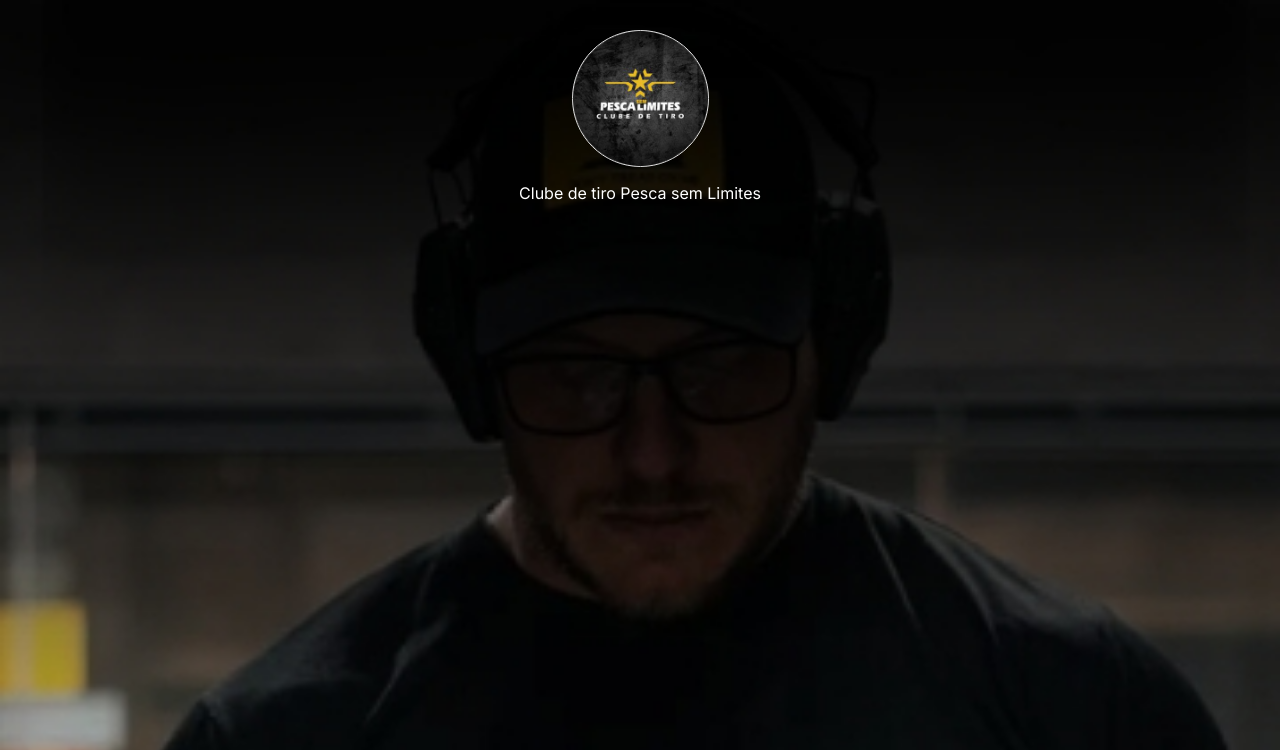
Repository: Fr4nc021/LinkPages-PescasemLimites
Page: index.html
The author's editor kept a copy of each file at every save. The page is drawn from the files as they stood at one save, then again after the next save.
The browser window is 1280 px wide. The pictures show the whole page.

Above is the page before, as saved 2025-02-27 22:02:43.

### index.html
<!DOCTYPE html>
<html lang="pt-br">
<head>
    <link rel="preconnect" href="https://fonts.googleapis.com" />
    <link rel="preconnect" href="https://fonts.gstatic.com" crossorigin
    />
    <link
    href="https://fonts.googleapis.com/css2?family=Inter:ital,opsz,wght@0,14..32,100..900;1,14..32,100..900&display=swap" rel="stylesheet"
    />
    <link rel="stylesheet" href="style.css">
    <meta charset="UTF-8">
    <meta name="viewport" content="width=device-width, initial-scale=1.0">
    <title>LinkPage</title>
</head>
<body>
    <div id="profile">
        <img src="./midia/logo_clube_de_tiro.jpg"
        alt="Logo Pesca sem Limites Clube de tiro">
        <p>Clube de tiro Pesca sem Limites</p>
    </div>

</body>
</html>

### style.css
body * {
    font-family: "Inter", sans-serif;
    color: rgb(255, 255, 255);
}

body {
    background: url(./midia/Foto_fundo_mobile.jpg) no-repeat center center/cover;
    height: 100vh; /* Garante que o body ocupe 100% da altura da tela */
    margin: 0; /* Remove margens padrão */
    padding: 0; /* Remove padding padrão */
}
#profile img {
    border: 1px solid #ddd;
    width: 135px;
    display: block;
    margin: 30px auto 0; /* Adiciona 30px no topo, centraliza horizontalmente e remove margem inferior */
    padding: 0; /* Removendo o padding para evitar espaçamentos extras */
    border-radius: 50%;
}

#profile {
    text-align: center;
}

After the next save:
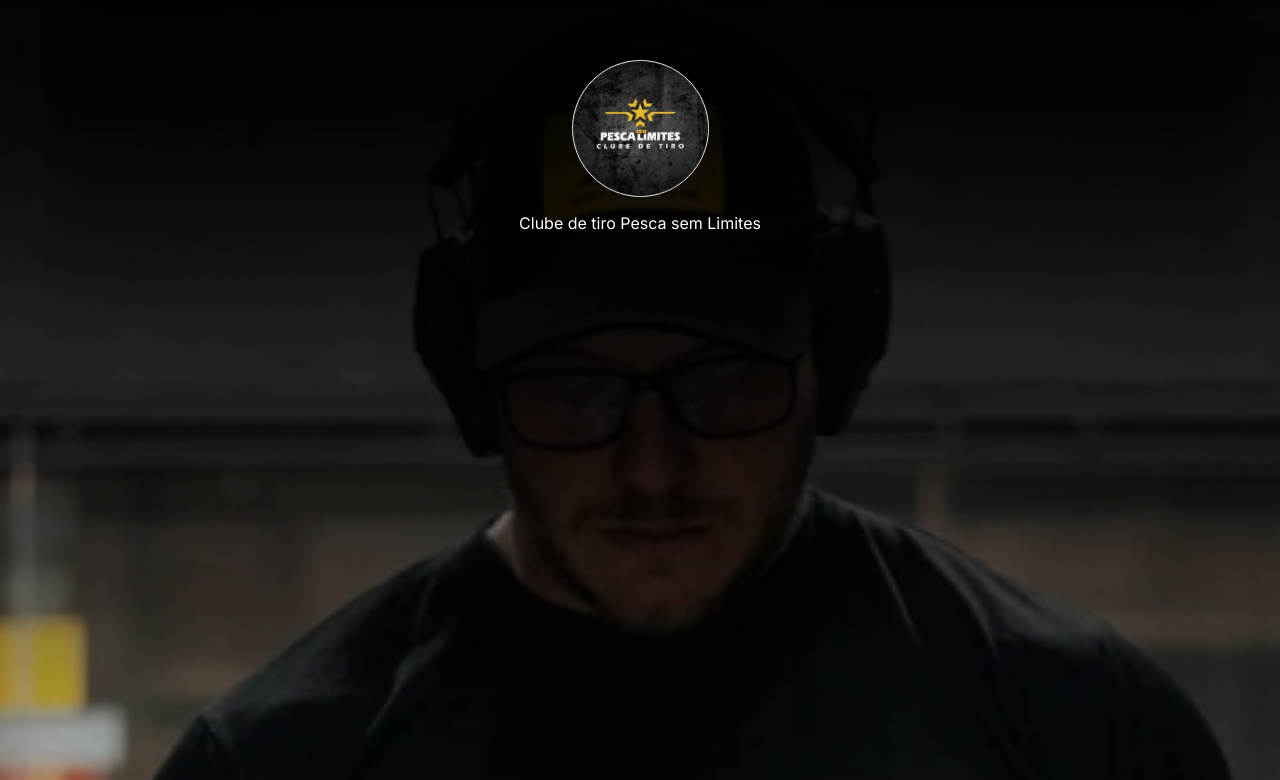
Saved 26 s later.
--- a/style.css
+++ b/style.css
@@ -13,7 +13,7 @@
     border: 1px solid #ddd;
     width: 135px;
     display: block;
-    margin: 30px auto 0; /* Adiciona 30px no topo, centraliza horizontalmente e remove margem inferior */
+    margin: 60px auto 0; /* Adiciona 30px no topo, centraliza horizontalmente e remove margem inferior */
     padding: 0; /* Removendo o padding para evitar espaçamentos extras */
     border-radius: 50%;
 }
